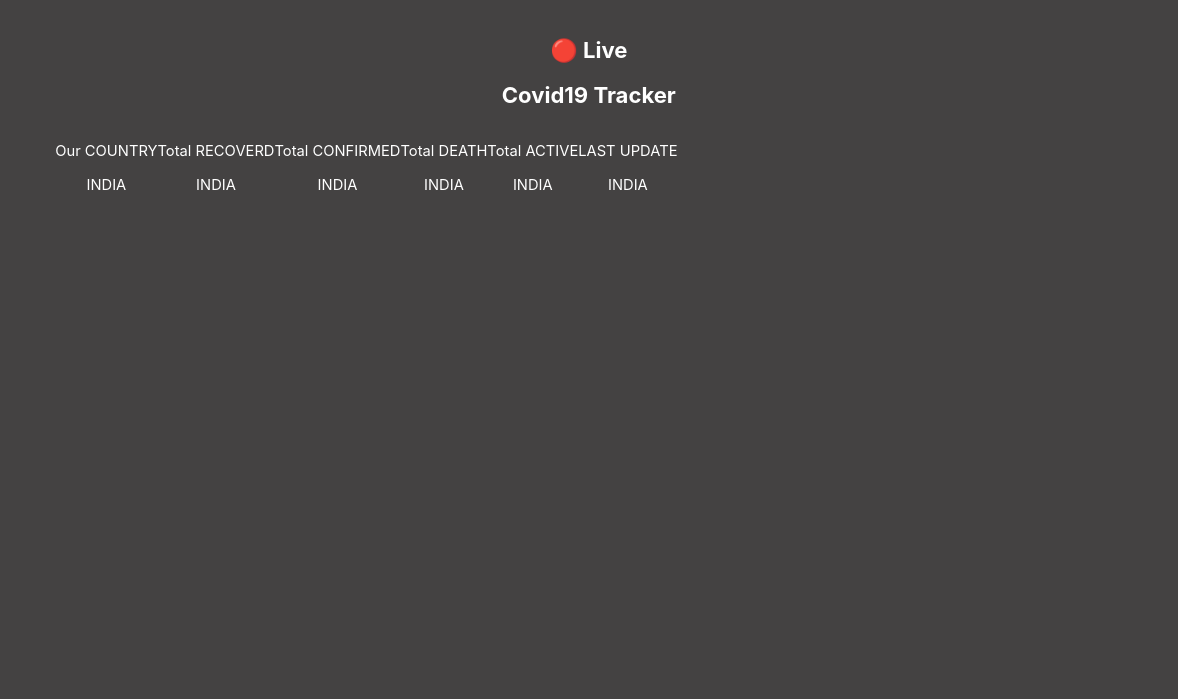
Repository: Aniketlamage/covid19-dashboard
Page: /
An editor plug-in stored every save of this project. The page is shown before and after the next save, followed by the edit.
The browser window is 1280 px wide. The pictures show the whole page, at 92% of full size.
The page's requests for data from a server got no answer. The project was rebuilt for these pictures with package versions that can differ from the ones it lists, and the page was loaded fresh each time. No one was signed in, and anything a server would have sent is missing.

Above is the page before, as saved 2021-09-30 14:37:20.

### src/App.js
import React from 'react'
import Covid from './components/covid';
const App = () => {
return(
<>
<Covid />
</>
)
}

export default App;

### src/components/covid.js
import React, { useEffect } from 'react'
import "./covid.css"

const Covid = () => {

    const getCovidData = async () =>{
        try{
            const res = await fetch('https://data.covid19india.org/data.json')
            const actualData = await res.json();
            console.log(actualData.statewise[0]);
           }
        catch(err){console.log(err);}
    }

    useEffect(() => {
        getCovidData ();
    }, []);
return(

<>
<section>
<h1>🔴 Live </h1>
<h2>Covid19 Tracker</h2>

<ul>
    <li className = "card">
        <div className ="card__main">
            <div className ="card__inner">
                <p className="card__name"><span> Our </span> COUNTRY </p>
                <p classname="card__total card__small">INDIA</p>
            </div>
        </div>
    </li>
    <li className = "card">
        <div className ="card__main">
            <div className ="card__inner">
                <p className="card__name"><span> Total </span> RECOVERD </p>
                <p classname="card__total card__small">INDIA</p>
            </div>
        </div>
    </li><li className = "card">
        <div className ="card__main">
            <div className ="card__inner">
                <p className="card__name"><span> Total </span> CONFIRMED </p>
                <p classname="card__total card__small">INDIA</p>
            </div>
        </div>
    </li><li className = "card">
        <div className ="card__main">
            <div className ="card__inner">
                <p className="card__name"><span> Total </span> DEATH </p>
                <p classname="card__total card__small">INDIA</p>
            </div>
        </div>
    </li><li className = "card">
        <div className ="card__main">
            <div className ="card__inner">
                <p className="card__name"><span> Total </span> ACTIVE </p>
                <p classname="card__total card__small">INDIA</p>
            </div>
        </div>
    </li><li className = "card">
        <div className ="card__main">
            <div className ="card__inner">
                <p className="card__name"><span> LAST </span> UPDATE </p>
                <p classname="card__total card__small">INDIA</p>
            </div>
        </div>
    </li>
</ul>
</section>
</>

)

}
export default Covid;

### src/components/covid.css

/*  Basic Styling */
.main,body {
    background-color: rgb(68, 66, 66);
    padding: 20px;
    text-align: center;
    min-height: 100vh;
    align-items: center;

}

h1, p, h2 {
    color: white;
}

ul{
    list-style-type:none;
    display: flex;
    flex-wrap: wrap;
}

.card_main {
    height: 150px;
    width: 400px;
    margin: 25px;
    align-items: center;
    background-color: rgb(116, 116, 209);
}

.card_name{
    font-size: 25px;
    font-weight: bold;
}

.card_name span {
    font-size: 15px;
}

.card_total {
    font-size: 20px;
    font-weight: bold;

}
.card__small {
    font-size: 80px;
}
@media (max-width: 700px)
{
    .card_total{font-size: 70px;}
}
@media (max-width: 700px)
{
    .card{
        width: 100%;
        height: 290px;
        margin-right: 0;
        float: none;
    }
    .card .card__inner,
    .card .card__back{
        height: 290px;
    }
}

.card {
    transition: transform .3s;
  }

  .card :hover {
    transition: transform .3s;
    -ms-transform: scale(1.2);
    -webkit-transform: scale(1.2);
    transform: scale(1.2);
  }

Loaded but not shown: public/index.html (common file); src/index.js (common file); src/index.css (common file); src/reportWebVitals.js (common file)

After the next save:
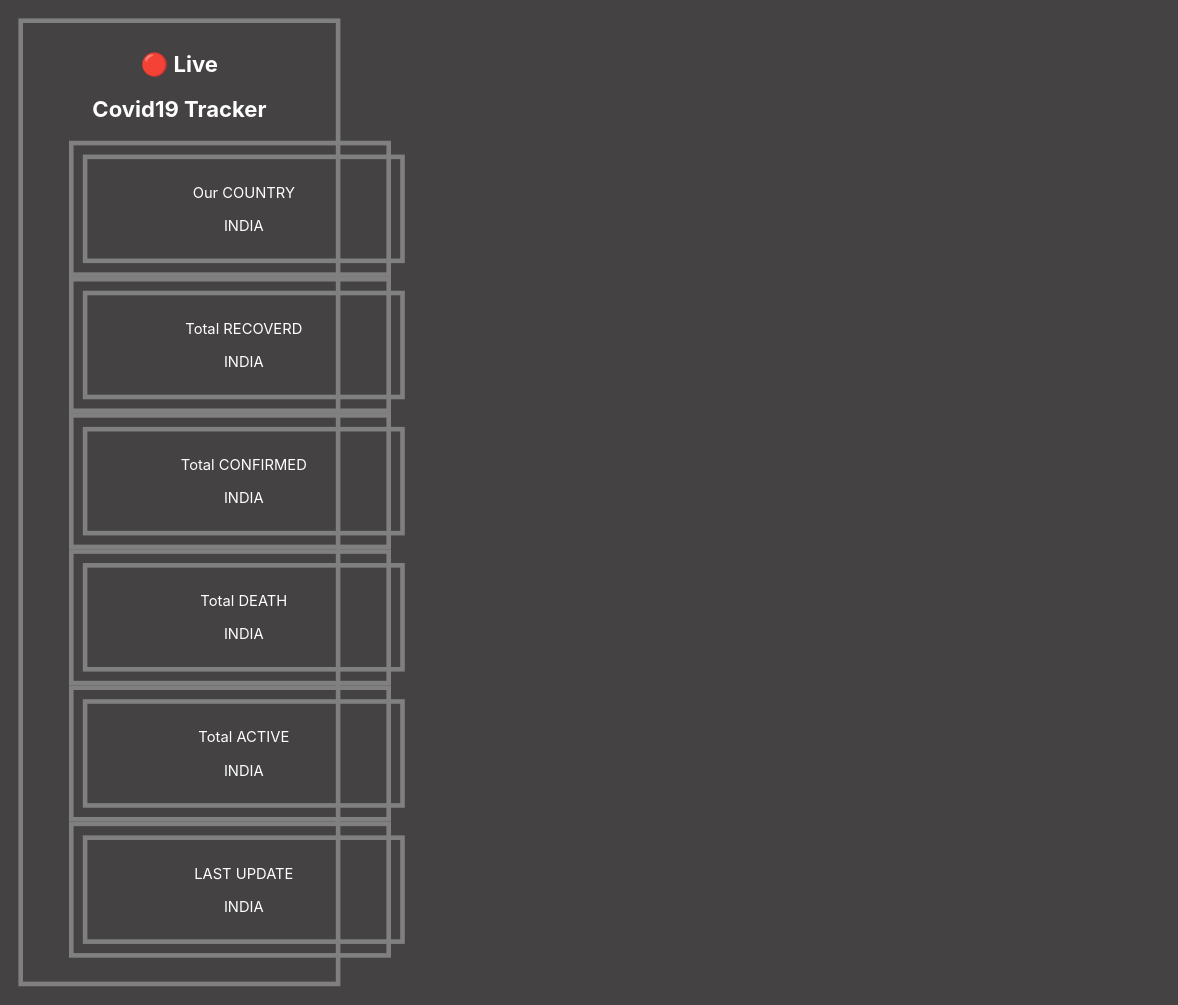
Saved 11 min 39 s later.
--- a/src/components/covid.css
+++ b/src/components/covid.css
@@ -18,7 +18,12 @@
     display: flex;
     flex-wrap: wrap;
 }
-
+div {
+    width: 320px;
+    padding: 10px;
+    border: 5px solid gray;
+    margin: 0;
+  }
 .card_main {
     height: 150px;
     width: 400px;

After the save that followed:
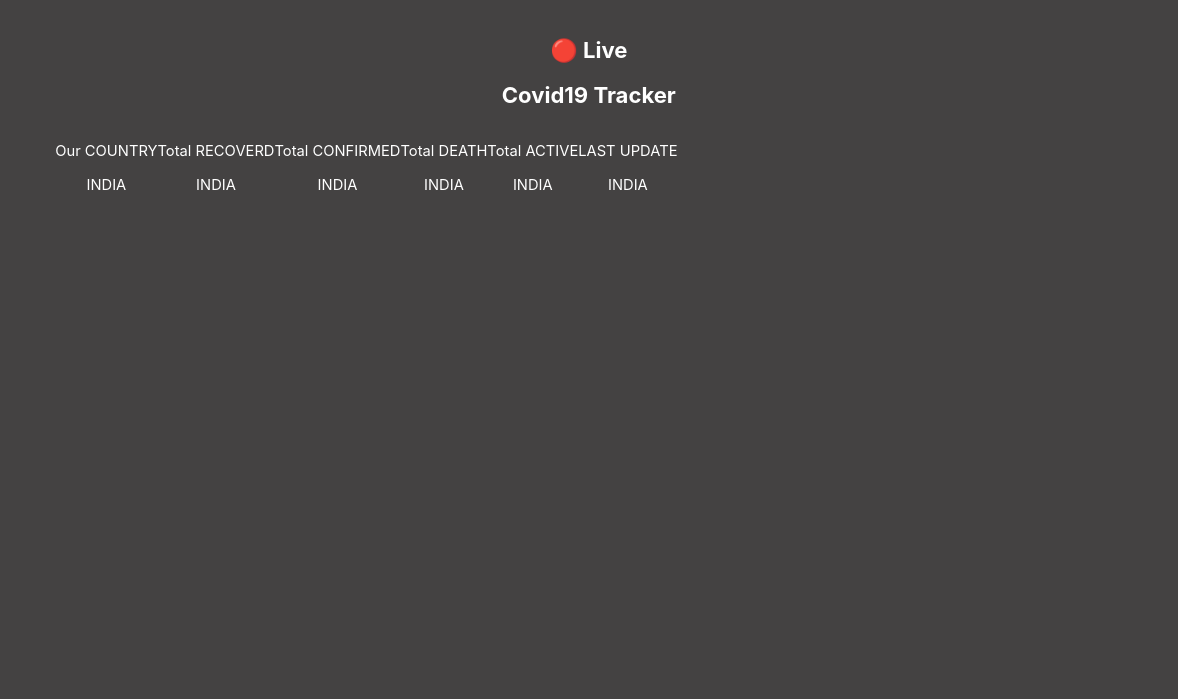
Saved 2 min 8 s later.
--- a/src/components/covid.css
+++ b/src/components/covid.css
@@ -18,7 +18,7 @@
     display: flex;
     flex-wrap: wrap;
 }
-div {
+div.card {
     width: 320px;
     padding: 10px;
     border: 5px solid gray;
